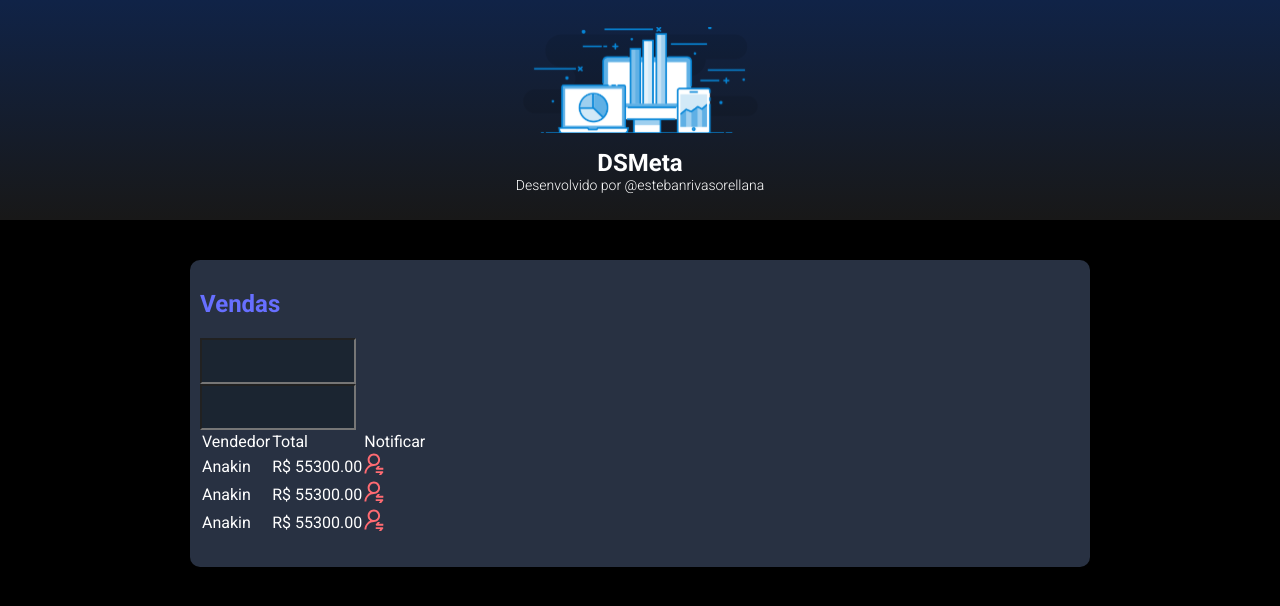
Repository: estebanrivas/dsmeta-css
Page: index.html
An editor plug-in stored every save of this project. The page is shown before and after a run of saves, followed by the edit.
The browser window is 1280 px wide. The pictures show the whole page.

Above is the page before, as saved 2022-09-08 21:48:45.

### index.html
<!DOCTYPE html>
<html lang="en">

<head>
    <meta charset="UTF-8">
    <meta http-equiv="X-UA-Compatible" content="IE=edge">
    <meta name="viewport" content="width=device-width, initial-scale=1.0">
    <title>DSMeta</title>

    <link rel="stylesheet" href="css/styles.css">
</head>

<body>
    <header>
        <div class="dsmeta-logo-container">
            <img src="images/logo.svg" alt="DSMeta">
            <h1>DSMeta</h1>
            <p>Desenvolvido por
                <a href="https://www.instagram.com/estebanrivasorellana/">@estebanrivasorellana</a>
            </p>
        </div>
    </header>

    <main>
        <section id="sales">
            <div class="dsmeta-container">
                <div class="dsmeta-card">
                    <h2 class="dsmeta-sales-title">Vendas</h2>

                    <div>
                        <div>
                            <input class="dsmeta-form-control" type="text">
                        </div>
                        <div>
                            <input class="dsmeta-form-control" type="text">
                        </div>
                    </div>

                    <div>
                        <table>
                            <thead>
                                <tr>
                                    <td>Vendedor</td>
                                    <td>Total</td>
                                    <td>Notificar</td>
                                </tr>
                            </thead>
                            <tbody>
                                <tr>
                                    <td>Anakin</td>
                                    <td>R$ 55300.00</td>
                                    <td><img src="images/notification-icon.svg" alt="Notificar"></td>
                                </tr>
                                <tr>
                                    <td>Anakin</td>
                                    <td>R$ 55300.00</td>
                                    <td><img src="images/notification-icon.svg" alt="Notificar"></td>
                                </tr>
                                <tr>
                                    <td>Anakin</td>
                                    <td>R$ 55300.00</td>
                                    <td><img src="images/notification-icon.svg" alt="Notificar"></td>
                                </tr>
                            </tbody>
                        </table>
                    </div>
                </div>
            </div>
        </section>
    </main>


</body>

</html>

### css/styles.css
@import url("https://fonts.googleapis.com/css2?family=Roboto:wght@300;400;700&display=swap");

* {
  font-family: "Roboto", sans-serif;
  box-sizing: border-box;
  margin: 0;
  padding: 0;
}

body,
html {
  background-color: #000;
  color: #fff;
}

a,
a:hover,
a:visited {
  color: unset;
  text-decoration: none;
}

header {
  height: 220px;
  background: linear-gradient(180deg, #102347 0%, #181818 100%);
  display: flex;
  align-items: center;
  justify-content: center;
}

.dsmeta-logo-container {
  display: flex;
  flex-direction: column;
  align-items: center;
}

.dsmeta-logo-container img {
  width: 235px;
}

.dsmeta-logo-container h1 {
  padding-top: 15px;
  font-size: 24px;
}

.dsmeta-logo-container p {
  font-size: 14px;
  font-weight: 300;
}

#sales {
  padding: 40px 10px;

}

.dsmeta-container {
  width: 100%;
  max-width: 900px;
  margin: 0 auto;
}

.dsmeta-card {
  background-color: #283142;
  border-radius: 10px;
  padding: 30px 10px;
}

.dsmeta-form-control{
    height: 46px;
    background-color: #1B2531;
    border-color: ;
}

.dsmeta-sales-title{
    color: #676FFF;
    font-size: 24px;
    margin-bottom: 20px;
}

After the next 2 saves:
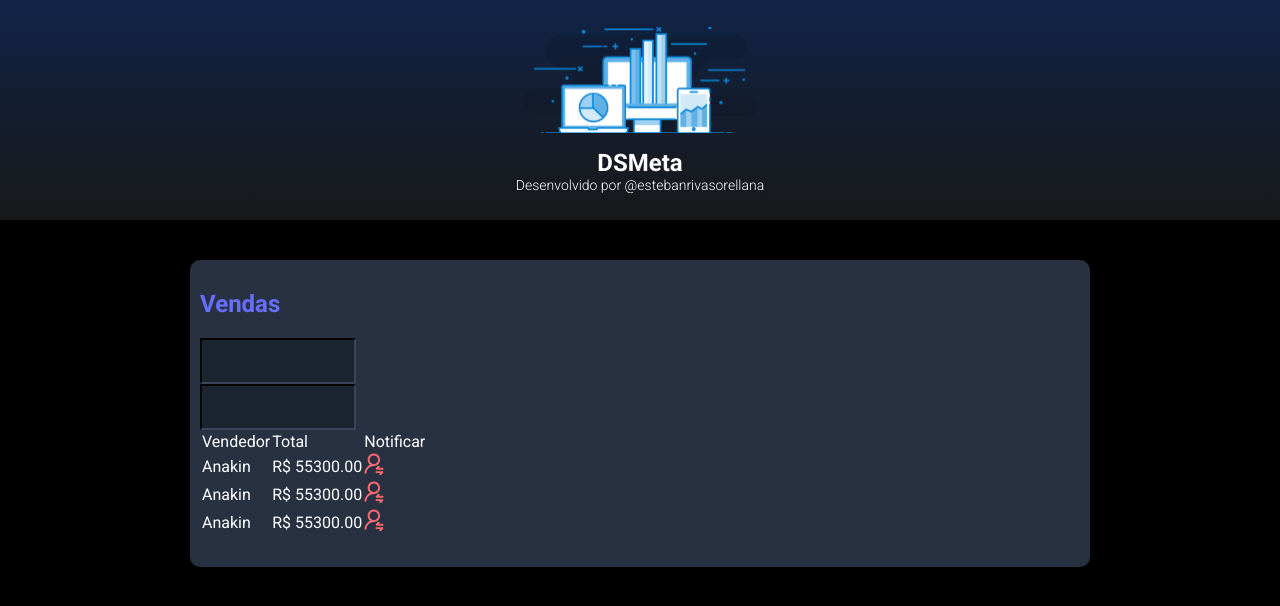
The 2 saves are shown as one change because they came seconds apart.
The last was saved 10 s later.
--- a/css/styles.css
+++ b/css/styles.css
@@ -68,7 +68,8 @@ header {
 .dsmeta-form-control{
     height: 46px;
     background-color: #1B2531;
-    border-color: ;
+    border-color: #384459;
+
 }
 
 .dsmeta-sales-title{
